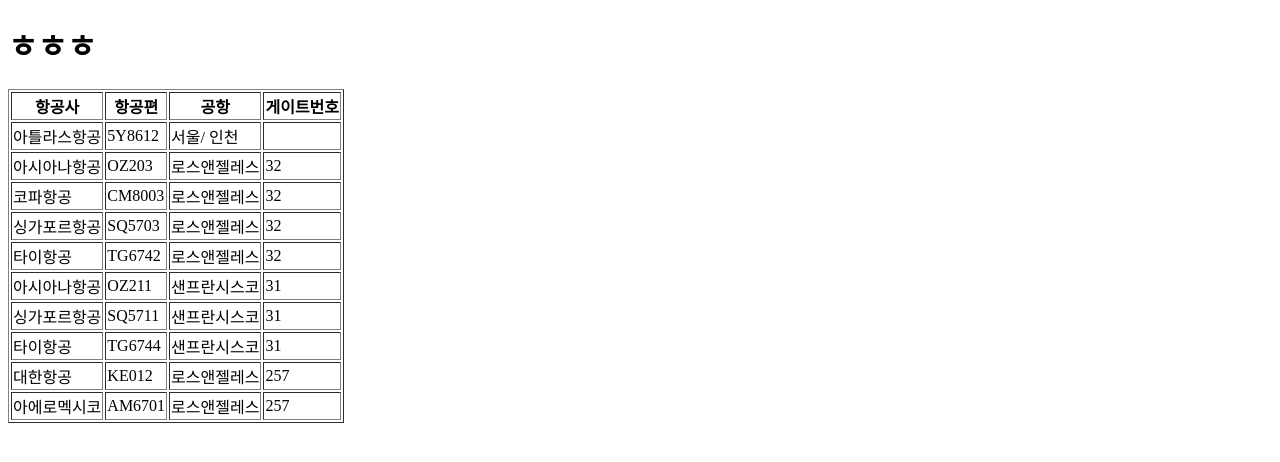
Repository: iamlydiaaaa/OpenAPI_test
Page: http://localhost/weather/liblist.jsp
These files come from the project's save history. The page is drawn as it stood at one moment and after the next save; the edit follows.
The browser window is 1280 px wide. The pictures show the whole page.
The page is served by Tomcat 9. Other server files are loaded and not shown.

Above is the page before, as saved 2022-10-11 06:56:56.

### weather/src/main/webapp/liblist.jsp
<%@ page language="java" contentType="text/html; charset=UTF-8"
    pageEncoding="UTF-8"%>
<!DOCTYPE html>
<html>
<head>
<meta charset="UTF-8">
<title>liblist</title>
<script type="text/javascript" src="./js/jquery-3.6.1.js"></script>
<script type="text/javascript" src="./js/lib01.js"></script>
</head>
<body>
<h1>ㅎㅎㅎ</h1>
	<table border="1">
		<thead>

		</thead>
		<tbody>

		</tbody>
	</table>
</body>
</html>

### weather/src/main/webapp/js/lib01.js
$(function(){
	getJson();
});

//json데이터 읽어오는 함수
function getJson(){
	//lib.json에서 데이터 가져옴->function(data)로 처리->data에 저장
	$.getJSON("json/lib.json",function(data){
		$.each(data,function(key,val){
				if(key=="DESC"){
					$("table").attr("border","1");
					$("thead").append(
						"<tr>"+
						"<th>" + val.airline + "</th>" +
						"<th>" + val.flightId + "</th>" +
						"<th>" + val.airport + "</th>" +
						"<th>" + val.gatenumber + "</th>" +

						"</tr>"
					)
				} else{
				var list = val;
				for(var i = 0; i<list.length; i++){
					var str = list[i];
					$("tbody").append(
						"<tr>"+
						"<td>" + str.airline + "</td>" +
						"<td>" + str.flightId + "</td>" +
						"<td>" + str.airport + "</td>" +
						"<td>" + str.gatenumber + "</td>" +
						"</tr>"
					)
				}
			}
		});
	});
}

### weather/src/main/webapp/json/lib.json
 {
	"DESC" : {
		"airline": "항공사",
            "flightId": "항공편",
            "scheduleDateTime": "출발시각",
            "estimatedDateTime": "도착시각",
            "airport": "공항",
            "gatenumber": "게이트번호",
            "carousel": "수하물",
            "exitnumber": "출구",
            "remark": "도착",
            "airportCode": "ICN",
            "yoil": null,
            "himidity": null,
            "wind": null,
            "temp": null,
            "senstemp": null,
            "wimage": null,
            "terminalid": "C02"
	},
    "items": [
        {
            "airline": "아틀라스항공",
            "flightId": "5Y8612",
            "scheduleDateTime": "0100",
            "estimatedDateTime": "0058",
            "airport": "서울/ 인천",
            "gatenumber": "",
            "carousel": "",
            "exitnumber": "",
            "remark": "도착",
            "airportCode": "ICN",
            "yoil": null,
            "himidity": null,
            "wind": null,
            "temp": null,
            "senstemp": null,
            "wimage": null,
            "terminalid": "C02"
        }, {
            "airline": "아시아나항공",
            "flightId": "OZ203",
            "scheduleDateTime": "0400",
            "estimatedDateTime": "0341",
            "airport": "로스앤젤레스",
            "gatenumber": "32",
            "carousel": "18",
            "exitnumber": "E",
            "remark": "도착",
            "airportCode": "LAX",
            "yoil": "화",
            "himidity": "87",
            "wind": "0.0",
            "temp": "18.3",
            "senstemp": "18.3",
            "wimage": "https://odp.airport.kr/apiPortal/weather_icon/icon02",
            "terminalid": "P01"
        }, {
            "airline": "코파항공",
            "flightId": "CM8003",
            "scheduleDateTime": "0400",
            "estimatedDateTime": "0341",
            "airport": "로스앤젤레스",
            "gatenumber": "32",
            "carousel": "18",
            "exitnumber": "E",
            "remark": "도착",
            "airportCode": "LAX",
            "yoil": "화",
            "himidity": "87",
            "wind": "0.0",
            "temp": "18.3",
            "senstemp": "18.3",
            "wimage": "https://odp.airport.kr/apiPortal/weather_icon/icon02",
            "terminalid": "P01"
        }, {
            "airline": "싱가포르항공",
            "flightId": "SQ5703",
            "scheduleDateTime": "0400",
            "estimatedDateTime": "0341",
            "airport": "로스앤젤레스",
            "gatenumber": "32",
            "carousel": "18",
            "exitnumber": "E",
            "remark": "도착",
            "airportCode": "LAX",
            "yoil": "화",
            "himidity": "87",
            "wind": "0.0",
            "temp": "18.3",
            "senstemp": "18.3",
            "wimage": "https://odp.airport.kr/apiPortal/weather_icon/icon02",
            "terminalid": "P01"
        }, {
            "airline": "타이항공",
            "flightId": "TG6742",
            "scheduleDateTime": "0400",
            "estimatedDateTime": "0341",
            "airport": "로스앤젤레스",
            "gatenumber": "32",
            "carousel": "18",
            "exitnumber": "E",
            "remark": "도착",
            "airportCode": "LAX",
            "yoil": "화",
            "himidity": "87",
            "wind": "0.0",
            "temp": "18.3",
            "senstemp": "18.3",
            "wimage": "https://odp.airport.kr/apiPortal/weather_icon/icon02",
            "terminalid": "P01"
        }, {
            "airline": "아시아나항공",
            "flightId": "OZ211",
            "scheduleDateTime": "0400",
            "estimatedDateTime": "0354",
            "airport": "샌프란시스코",
            "gatenumber": "31",
            "carousel": "17",
            "exitnumber": "E",
            "remark": "도착",
            "airportCode": "SFO",
            "yoil": "화",
            "himidity": "93",
            "wind": "4.6",
            "temp": "12.8",
            "senstemp": "11.2",
            "wimage": "https://odp.airport.kr/apiPortal/weather_icon/icon02",
            "terminalid": "P01"
        }, {
            "airline": "싱가포르항공",
            "flightId": "SQ5711",
            "scheduleDateTime": "0400",
            "estimatedDateTime": "0354",
            "airport": "샌프란시스코",
            "gatenumber": "31",
            "carousel": "17",
            "exitnumber": "E",
            "remark": "도착",
            "airportCode": "SFO",
            "yoil": "화",
            "himidity": "93",
            "wind": "4.6",
            "temp": "12.8",
            "senstemp": "11.2",
            "wimage": "https://odp.airport.kr/apiPortal/weather_icon/icon02",
            "terminalid": "P01"
        }, {
            "airline": "타이항공",
            "flightId": "TG6744",
            "scheduleDateTime": "0400",
            "estimatedDateTime": "0354",
            "airport": "샌프란시스코",
            "gatenumber": "31",
            "carousel": "17",
            "exitnumber": "E",
            "remark": "도착",
            "airportCode": "SFO",
            "yoil": "화",
            "himidity": "93",
            "wind": "4.6",
            "temp": "12.8",
            "senstemp": "11.2",
            "wimage": "https://odp.airport.kr/apiPortal/weather_icon/icon02",
            "terminalid": "P01"
        }, {
            "airline": "대한항공",
            "flightId": "KE012",
            "scheduleDateTime": "0450",
            "estimatedDateTime": "0411",
            "airport": "로스앤젤레스",
            "gatenumber": "257",
            "carousel": "8",
            "exitnumber": "B",
            "remark": "도착",
            "airportCode": "LAX",
            "yoil": "화",
            "himidity": "87",
            "wind": "0.0",
            "temp": "18.3",
            "senstemp": "18.3",
            "wimage": "https://odp.airport.kr/apiPortal/weather_icon/icon02",
            "terminalid": "P03"
        }, {
            "airline": "아에로멕시코",
            "flightId": "AM6701",
            "scheduleDateTime": "0450",
            "estimatedDateTime": "0411",
            "airport": "로스앤젤레스",
            "gatenumber": "257",
            "carousel": "8",
            "exitnumber": "B",
            "remark": "도착",
            "airportCode": "LAX",
            "yoil": "화",
            "himidity": "87",
            "wind": "0.0",
            "temp": "18.3",
            "senstemp": "18.3",
            "wimage": "https://odp.airport.kr/apiPortal/weather_icon/icon02",
            "terminalid": "P03"
        }]
}

Loaded but not shown: weather/src/main/webapp/js/jquery-3.6.1.js (library)

After the next save:
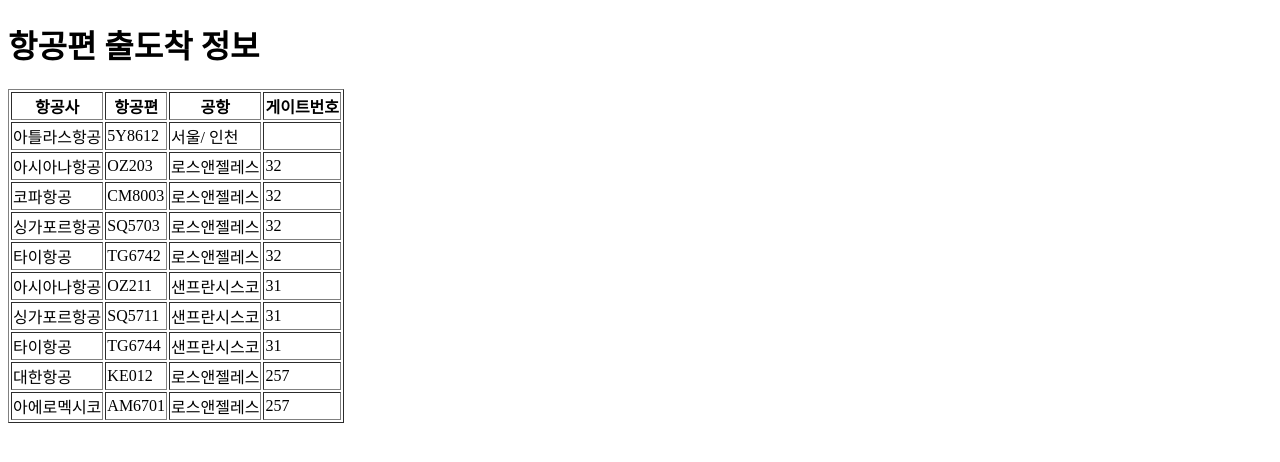
Saved 49 s later.
--- a/weather/src/main/webapp/liblist.jsp
+++ b/weather/src/main/webapp/liblist.jsp
@@ -9,7 +9,7 @@
 <script type="text/javascript" src="./js/lib01.js"></script>
 </head>
 <body>
-<h1>ㅎㅎㅎ</h1>
+<h1>항공편 출도착 정보</h1>
 	<table border="1">
 		<thead>
 
